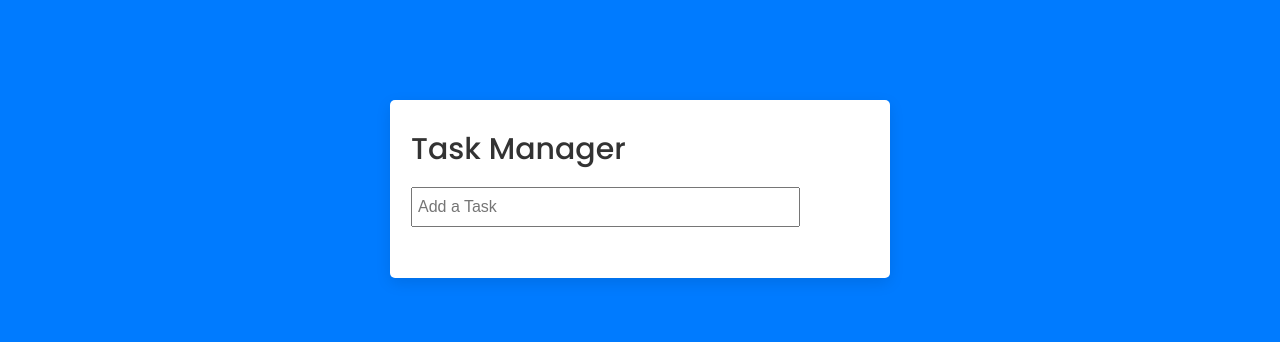
Repository: lucas-andedi/mern-task-manager-app-backend
Page: / (app in frontend/)
These files come from the project's save history. The page is drawn as it stood at one moment and after a run of saves; the edit follows.
The browser window is 1280 px wide. The pictures show the whole page.
The project was rebuilt for these pictures with package versions that can differ from the ones it lists, and the page was loaded fresh each time.

Above is the page before, as saved 2022-11-28 16:32:22.

### frontend/src/App.js
import { ToastContainer, toast } from 'react-toastify';
import 'react-toastify/dist/ReactToastify.css';
import TaskList from "./components/TaskList";

function App() {
  return (
    <div className="app">
      <div className="task-container">
        <TaskList />
      </div>
      <ToastContainer />
    </div>
  );
}

export default App;

### frontend/src/components/TaskList.js
import TaskForm from "./TaskForm"


const TaskList = () => {
  return (
    <div>
      <h2>Task Manager</h2>
      <TaskForm />
      <div className="--flex-between --pb">
        <p>
          <b></b>
        </p>
      </div>
    </div>
  )
}

export default TaskList

### frontend/src/components/TaskForm.js


const TaskForm = ({ createTask , name,handleInputChange}) => {
  return (
    <form action="" className="task-form" onSubmit={createTask}>
        <input type="text" placeholder="Add a Task" name="name" value={name} onChange={handleInputChange} />

    </form>
  )
}

export default TaskForm

Loaded but not shown: frontend/public/index.html (common file); frontend/src/index.js (common file); frontend/src/index.css (common file)

After the next 2 saves:
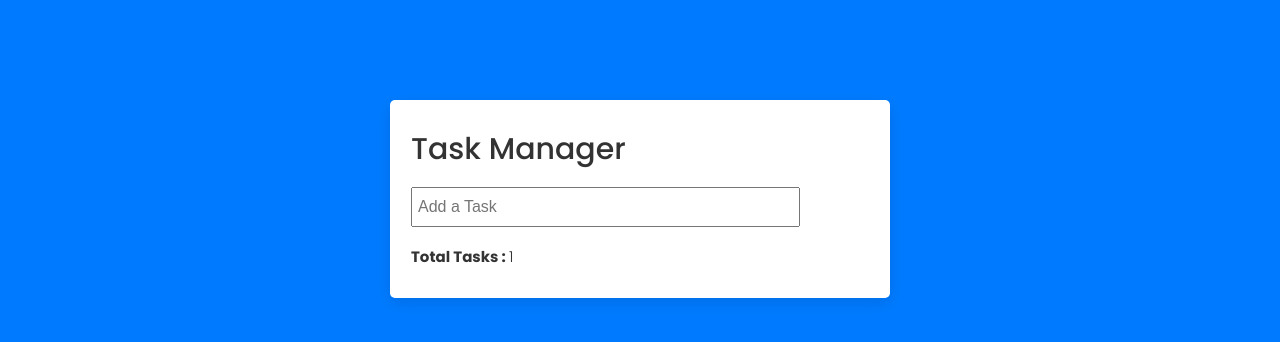
The 2 saves are shown as one change because they came seconds apart.
The last was saved 8 s later.
--- a/frontend/src/components/TaskList.js
+++ b/frontend/src/components/TaskList.js
@@ -8,7 +8,7 @@ const TaskList = () => {
       <TaskForm />
       <div className="--flex-between --pb">
         <p>
-          <b></b>
+          <b>Total Tasks : </b> 1
         </p>
       </div>
     </div>
